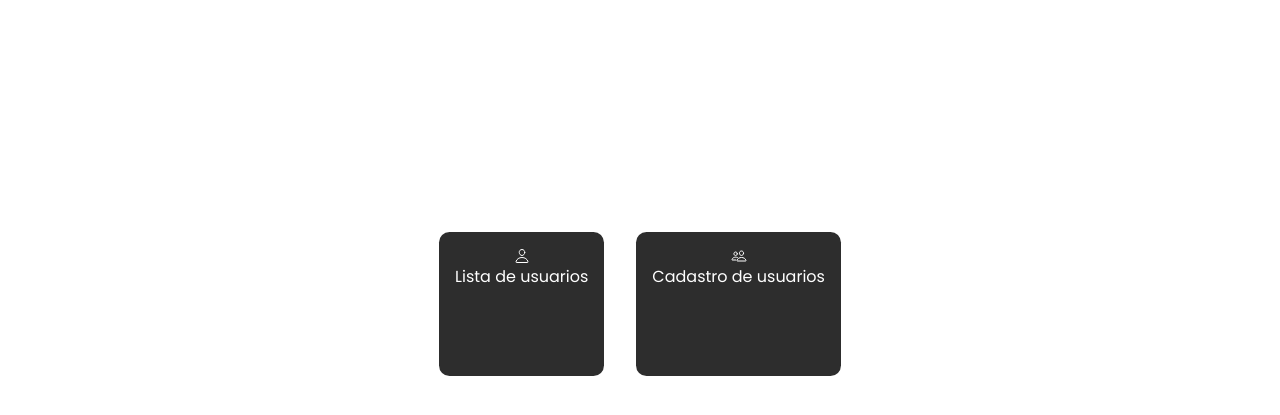
Repository: BeatrizFloriano96/myPagesSpeedLog
Page: html/usuarios.html
The author's editor kept a copy of each file at every save. The page is drawn from the files as they stood at one save, then again after the next save.
The browser window is 1280 px wide. The pictures show the whole page.

Above is the page before, as saved 2022-01-29 13:06:59.

After the next save:
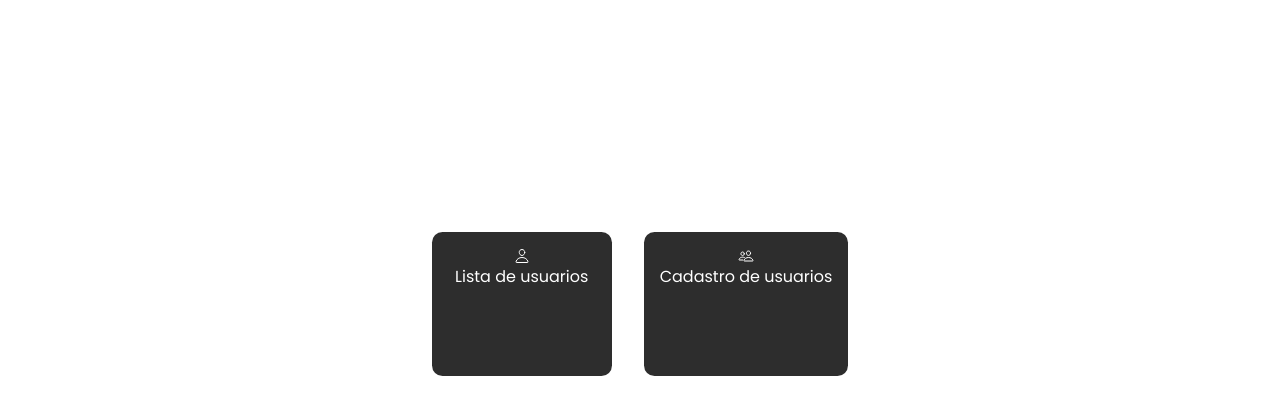
Saved 3 min 1 s later.
--- a/css/usuarios.css
+++ b/css/usuarios.css
@@ -13,7 +13,7 @@
 .caixinha{
         background-color:#2d2d2d;
         min-height: 20vh;
-        min-width: 20vh;
+        min-width: 25vh;
         margin: 1rem;
         padding: 1rem;
         border-radius: 10.5px;
